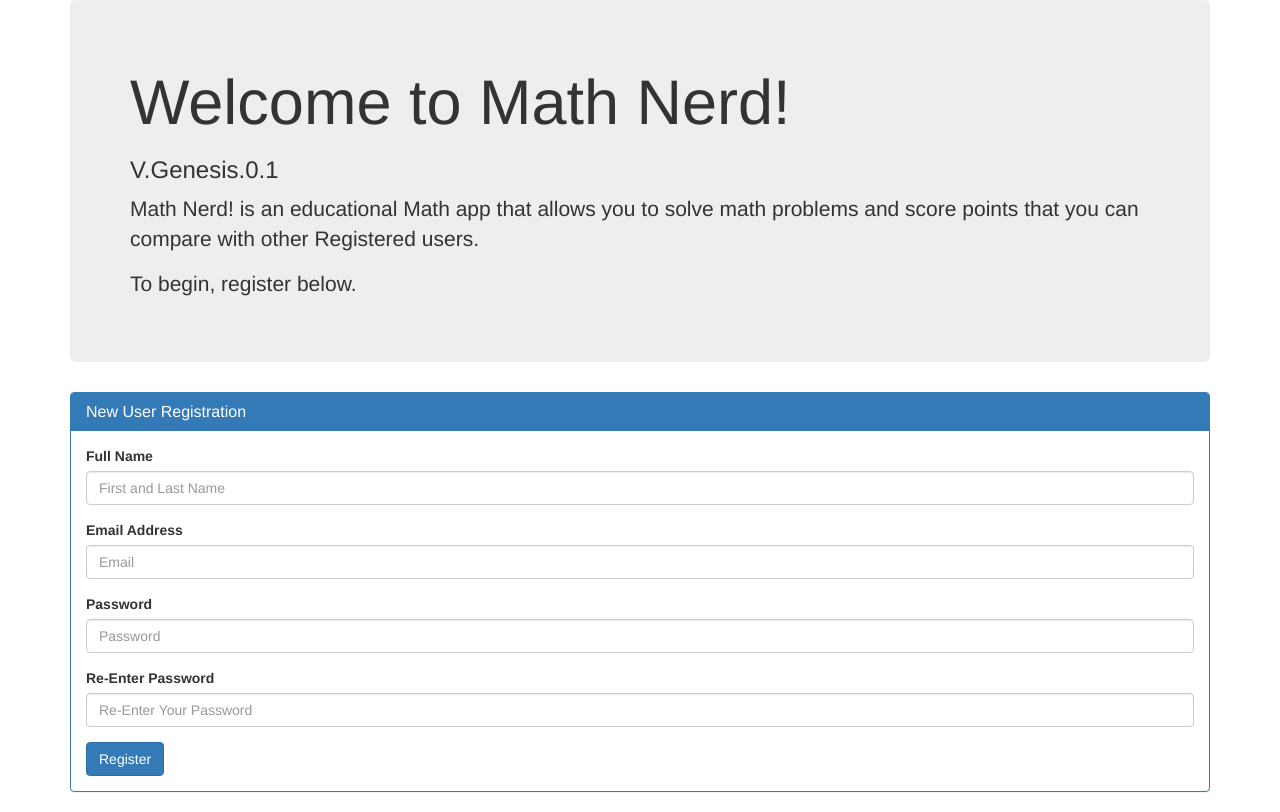
Repository: HeavyTech/acid
Page: http://localhost/MathNerd/Register
These files come from the project's save history. The page is drawn as it stood at one moment and after the next save; the edit follows.
The browser window is 1280 px wide. The pictures show the whole page.
The page is served by Tomcat 9.

Above is the page before, as saved 2015-12-23 02:58:17.

### workspace/MathNerd/WebContent/WEB-INF/Register.jsp
<%@ page language="java" contentType="text/html; charset=ISO-8859-1" pageEncoding="ISO-8859-1"%>
<!DOCTYPE html>
<html>
	<head>
		<meta charset="UTF-8">
		<title>Math Nerd</title>
		<link rel="stylesheet" href="https://maxcdn.bootstrapcdn.com/bootstrap/3.3.5/css/bootstrap.min.css">
	</head>

	<body>
		<div class="container">
			<div class="jumbotron">
				<h1>Welcome to Math Nerd!</h1>
				<h3>V.Genesis.0.1</h3>
				<p>Math Nerd! is an educational Math app that allows you to solve math problems and score points that you can compare with other Registered users.</p>
				<p>To begin, register below.</p>
			</div>
        	<div class="panel panel-primary">
        		<div class="panel-heading">
          			<h3 class="panel-title">New User Registration</h3>
            	</div>
            	<div class="panel-body">
            		<form action="Register" method="post">
            	    	<div class="form-group">
							<label for="name">Full Name</label>
							<input type="text" class="form-control" name="name" value="" id="name" placeholder="First and Last Name" />
						</div>
						<div class="form-group">
							<label for="email">Email Address</label>
							<input type="email" class="form-control" name="email" value="" id="email" placeholder="Email">
						</div>
		  			    <div class="form-group">
							<label for="password1">Password</label>
							<input type="password" class="form-control" name="password1" value="" id="password1" placeholder="Password">
						</div>
						<div class="form-group">
							<label for="password2">Re-Enter Password</label>
							<input type="password" class="form-control" name="password2" value="" id="password2" placeholder="Re-Enter Your Password">
						</div>
						<button type="submit" class="btn btn-primary">Register</button>
					</form>
				</div>
			</div>
		</div>
	</body>
</html>

### workspace/MathNerd/src/Register.java


import java.io.IOException;
import java.io.PrintWriter;
import java.util.ArrayList;

import javax.servlet.ServletException;
import javax.servlet.annotation.WebServlet;
import javax.servlet.http.HttpServlet;
import javax.servlet.http.HttpServletRequest;
import javax.servlet.http.HttpServletResponse;
import javax.servlet.http.HttpSession;
@WebServlet("/Register")
public class Register extends HttpServlet {
	private static final long serialVersionUID = 1L;

    public Register() {
    	super();
    }

    public void init() throws ServletException {
		super.init();

		if (this.getServletContext().getAttribute("users") == null) {
			ArrayList<User> users = new ArrayList<User>();

			users.add(new User(1, "John", "Doe", "john@doe.com", "1!"));
			users.add(new User(2, "Mary", "Jane", "mary@jane.com", "2@"));

			this.getServletContext().setAttribute("users", users);
		}
	}

	protected void doGet(HttpServletRequest request, HttpServletResponse response) throws ServletException, IOException {
		HttpSession session = request.getSession();
		User currentUser = (User)session.getAttribute("CurrentUser");

		if (currentUser != null) {
			response.sendRedirect("http://localhost:8080/MathNerd/Login");
			return;
		}
//
//
//		response.setContentType("text/html");
//
//		PrintWriter out = response.getWriter();
//
//		String nameError = (String)request.getAttribute("nameError");
//		String name = request.getParameter("name");
//
//		if (request.getAttribute("nameError") != null){
//			out.print("			               <p class=\"text-warning\">Error: You must specify your full name and proper capitalization.</p>");
//		}
//
//		String emailError = (String)request.getAttribute("emailError");
//		String email = request.getParameter("email");
//
//


		request.setAttribute("user", currentUser);
        request.getRequestDispatcher("/WEB-INF/Register.jsp").forward(request, response);

	}

	protected void doPost(HttpServletRequest request, HttpServletResponse response) throws ServletException, IOException {
//		String fullname = request.getParameter("name");
//		String email = request.getParameter("email");
//		String password1 = request.getParameter("password1");
//		String password2 = request.getParameter("password2");
//		boolean validName = false;
//		boolean validEmail = false;
//		boolean validPassword = false;
//		boolean validPassword2 = false;
//
//		String[] tempName = fullname.split(" ");
//
//		if (tempName.length > 1 && tempName[0].trim().matches("^[A-Z][a-z]+$") && tempName[1].trim().matches("^[A-Z][a-z]+$")){
//			validName = true;
//		}
//		else {
//			validName = false;
//			request.setAttribute("nameError", "Error: Name must be correctly formatted.");
//		}
//
//		if (email.matches("[A-Za-z0-9[!#$%&'()*+,/]]+@[A-Za-z0-9[!#$%&'()*+,/]]+[\\.][A-Za-z]+$")) {
//			validEmail = true;
//		}
//		else {
//			validEmail = false;
//			request.setAttribute("emailError", "Error: Email must be correctly formatted.");
//		}
//
//		/*i couldn't figure out the regex for the password validation,
//		 * so i have to give credit where it is due:
//		 * http://www.ocpsoft.org/opensource/guide-to-regular-expressions-in-java-part-1/
//		 */
//		if (password1.trim().length() > 1 && password1.matches(".*\\d.*") && password1.matches(".*[!@#$%^&*()].*")) {
//			validPassword = true;
//		}
//		else{
//			validPassword = false;
//			request.setAttribute("passwordError", "Error: Password must be contain at least one number and one special character.");
//		}
//
//		if (password2.equals(password1)) {
//			validPassword2 = true;
//		}
//		else{
//			validPassword2 = false;
//			request.setAttribute("passwordReenterError", "Error: Password must match the first password.");
//		}
//
//		if (validName && validEmail && validPassword && validPassword2) {
//			ArrayList<User> HW1Users = (ArrayList<User>) getServletContext().getAttribute("users");
//			users.add(new User(fullname, email, password1));
//
//			getServletContext().setAttribute("HW1Users", HW1Users);
//
//			response.sendRedirect("http://cs3.calstatela.edu:8080/cs320stu03/Homework1/Login");
//			return;
//		}
//		else {
//			doGet(request, response);
//		}
	}

}

### workspace/MathNerd/src/User.java

public class User {
	private int id;
	private String lastName;
	private String firstName;
	private String email;
	private String password;

	public User() {

	}

	public User(int id, String firstName, String lastName, String email, String password) {
		this.id = id;
		this.firstName = firstName;
		this.lastName = lastName;
		this.email = email;
		this.password = password;
	}

	public int getId() {
		return id;
	}

	public void setId(int id) {
		this.id = id;
	}

	public String getLastName() {
		return lastName;
	}

	public void setLastName(String lastName) {
		this.lastName = lastName;
	}

	public String getFirstName() {
		return firstName;
	}

	public void setFirstName(String firstName) {
		this.firstName = firstName;
	}

	public String getEmail() {
		return email;
	}

	public void setEmail(String email) {
		this.email = email;
	}

	public String getPassword() {
		return password;
	}

	public void setPassword(String password) {
		this.password = password;
	}




}

After the next save:
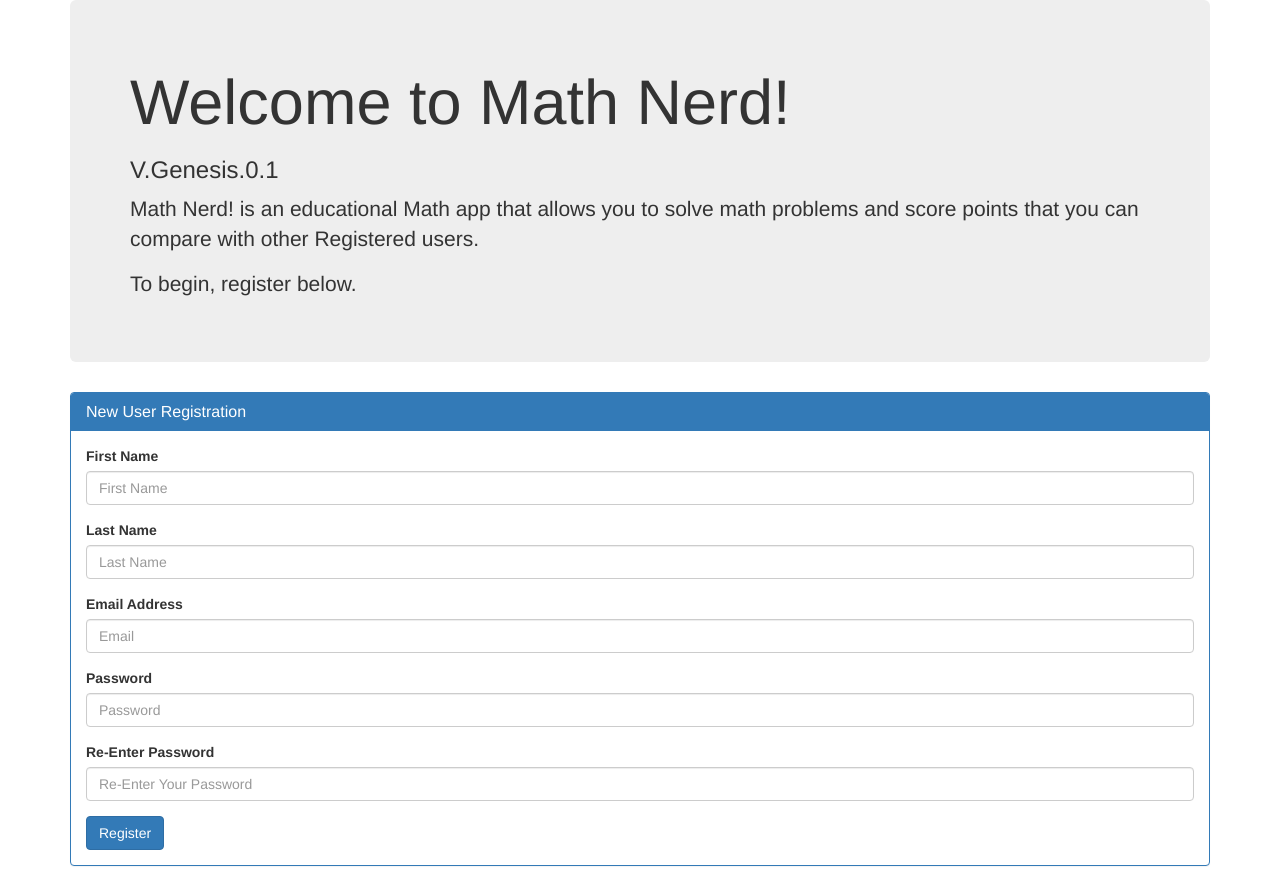
Saved 3 min 18 s later.
--- a/workspace/MathNerd/WebContent/WEB-INF/Register.jsp
+++ b/workspace/MathNerd/WebContent/WEB-INF/Register.jsp
@@ -22,8 +22,12 @@
             	<div class="panel-body">
             		<form action="Register" method="post">
             	    	<div class="form-group">
-							<label for="name">Full Name</label>
-							<input type="text" class="form-control" name="name" value="" id="name" placeholder="First and Last Name" />
+							<label for="firstName">First Name</label>
+							<input type="text" class="form-control" name="firstName" value="" id="firstName" placeholder="First Name" />
+						</div>
+						<div class="form-group">
+							<label for="lastName">Last Name</label>
+							<input type="text" class="form-control" name="lastName" value="" id="lastName" placeholder="Last Name" />
 						</div>
 						<div class="form-group">
 							<label for="email">Email Address</label>
